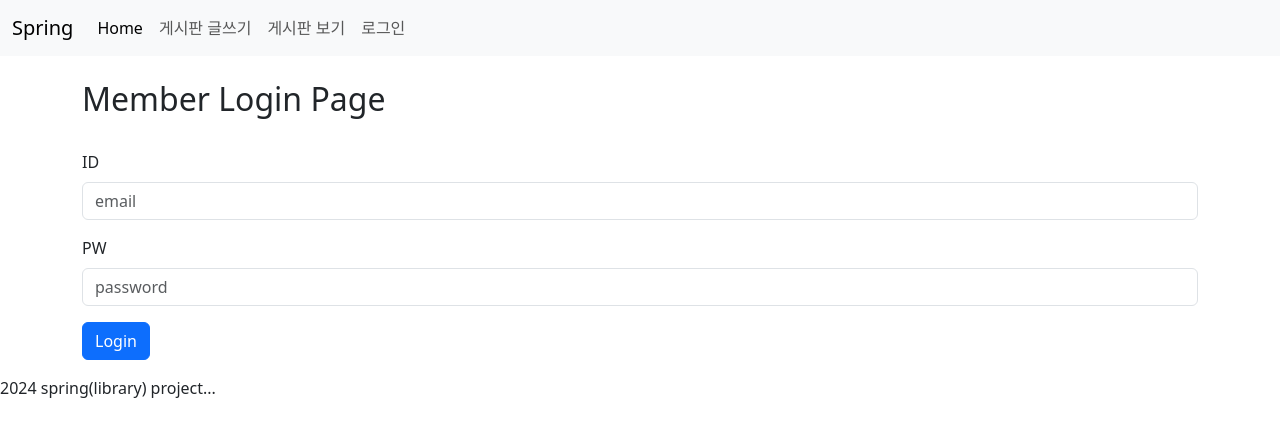
Repository: budflower44/Spring
Page: http://localhost/spring_test2/WEB-INF/views/member/login.jsp
An editor plug-in stored every save of this project. The page is shown before and after the next save, followed by the edit.
The browser window is 1280 px wide. The pictures show the whole page.
The page is served by Tomcat 9. Nobody is signed in. The template is opened directly, without the code that normally fills it, so the values that code supplies are empty.

Above is the page before, as saved 2024-01-15 04:25:40.

After the next save:
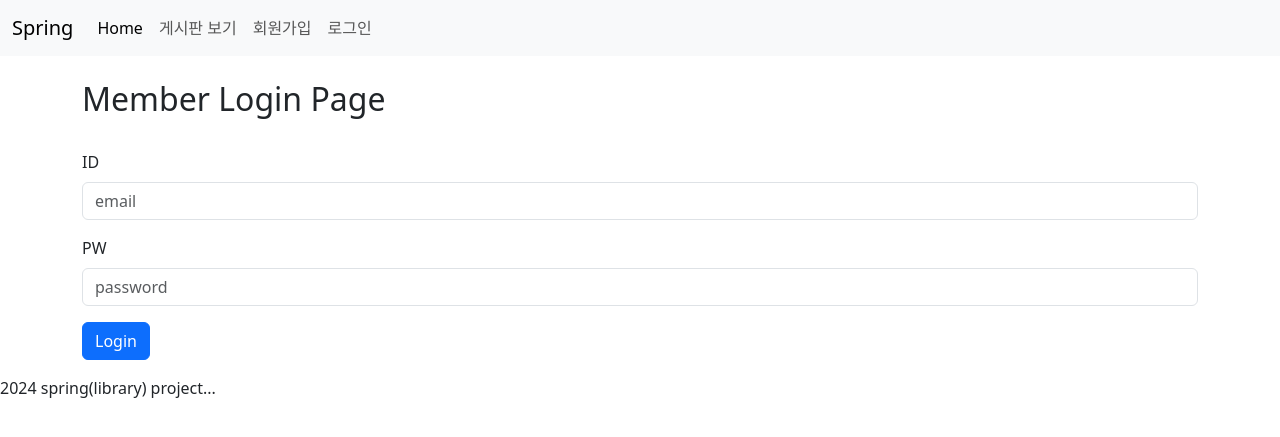
Saved 94 s later.
--- a/spring_test2/src/main/webapp/WEB-INF/views/layout/header.jsp
+++ b/spring_test2/src/main/webapp/WEB-INF/views/layout/header.jsp
@@ -24,11 +24,12 @@
 	        <li class="nav-item">
 	          <a class="nav-link active" aria-current="page" href="/member/index">Home</a>
 	        </li>
-	        <li class="nav-item">
-	          <a class="nav-link" href="/board/register">게시판 글쓰기</a>
-	        </li>
+
 	        <li class="nav-item">
 	          <a class="nav-link" href="/board/list">게시판 보기</a>
+	        </li>
+	        	        <li class="nav-item">
+	          <a class="nav-link" href="/member/register">회원가입</a>
 	        </li>
 
 	        <!-- 현재 인증한 사용자의 정보를 가져와서 해당 권한이 있는지 확인 -->
@@ -38,7 +39,7 @@
 	        <sec:authentication property="principal.mvo.nickName" var="authNick"/>
 	        <sec:authentication property="principal.mvo.authList" var="auths"/>
 	        <li class="nav-item">
-	          <a class="nav-link" href="/member/register">회원가입</a>
+	          <a class="nav-link" href="/board/register">게시판 글쓰기</a>
 	        </li>
 	        <li class="nav-item">
 	          <a class="nav-link" href="/member/logout">로그아웃</a>
